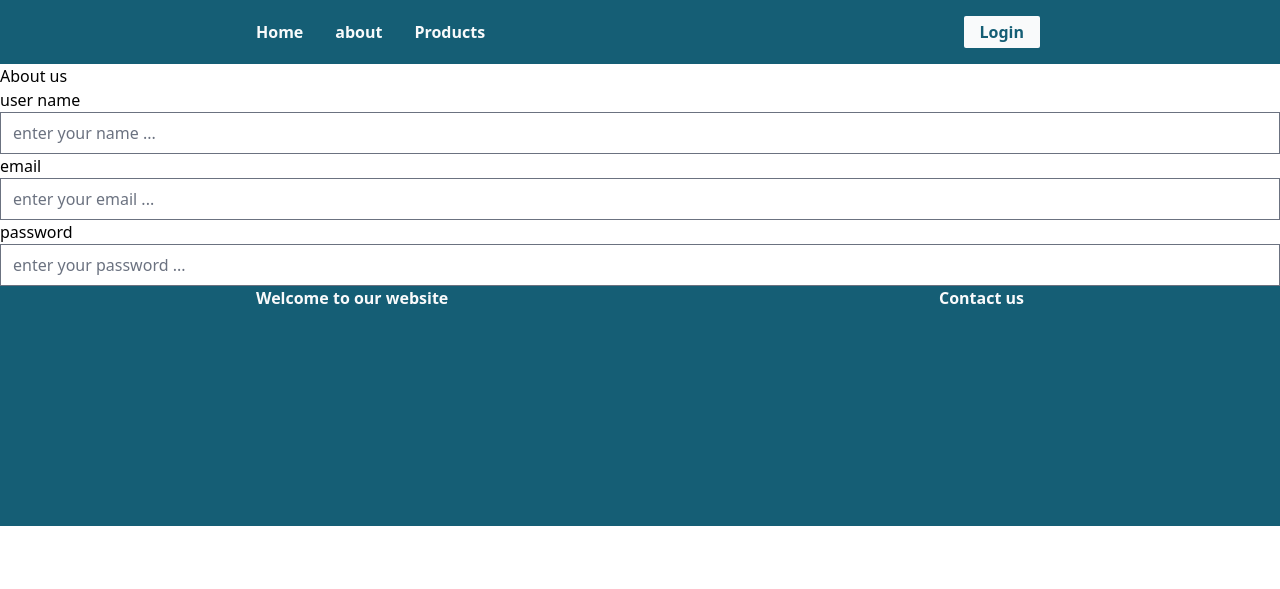
Repository: Sanaa00/svelte-test
Page: /About
The author's editor kept a copy of each file at every save. The page is drawn from the files as they stood at one save, then again after the next save.
The browser window is 1280 px wide. The pictures show the whole page.
The project was rebuilt for these pictures with package versions that can differ from the ones it lists, and the page was loaded fresh each time. The framework's server and built-in components were replaced by stand-ins that run in the browser. Also part of the build but not shown: svelte.config.js, vite.config.js.

Above is the page before, as saved 2024-12-10 19:36:10.

### src/routes/+layout.svelte
<script>
	import '../app.css';
	// let { children } = $props();

	import Footer from '../component/Footer.svelte';
	import Navbar from '../component/Navbar.svelte';
</script>

<!-- {@render children()} -->

<div class="h-fit w-full">
	<Navbar />
	<slot />
	<Footer />
</div>

### src/routes/About/+page.svelte
<script>
	function inputHandler(e) {
		console.log(e.events.value);
	}
</script>

<div>
	<p>About us</p>

	<form class="flex flex-col">
		<!-- svelte-ignore a11y_label_has_associated_control -->
		<label>user name</label>
		<input name="username" value="" placeholder="enter your name ..." />

		<label>email</label>
		<input name="email" value="" placeholder="enter your email ..." />

		<label>password</label>
		<input name="password" value="" placeholder="enter your password ..." />

		<!-- svelte-ignore a11y_consider_explicit_label -->
		<button on:click={inputHandler(e)}></button>
	</form>
</div>

### src/component/Footer.svelte
<script>
</script>

<main class="flex h-60 justify-between bg-cyan-800 px-60">
	<div class="px-4 font-semibold text-gray-50">Welcome to our website</div>

	<div class="px-4 font-semibold text-gray-50">Contact us</div>
</main>

### src/component/Navbar.svelte
<script>
</script>

<nav class="flex h-16 w-full items-center justify-between bg-cyan-800 px-60">
	<ul class="flex">
		<a href="/" class="px-4 font-semibold text-gray-50">Home</a>
		<a href="/About" class="px-4 font-semibold text-gray-50">about</a>
		<a href="/Product" class="px-4 font-semibold text-gray-50">Products</a>
	</ul>
	<button
		class="rounded-sm bg-gray-50 px-4 py-1 font-semibold text-cyan-800
           ">Login</button
	>
</nav>

### tailwind.config.js
import containerQueries from '@tailwindcss/container-queries';
import forms from '@tailwindcss/forms';
import typography from '@tailwindcss/typography';

/** @type {import('tailwindcss').Config} */
export default {
	content: ['./src/**/*.{html,js,svelte,ts}'],

	theme: {
		extend: {}
	},

	plugins: [typography, forms, containerQueries]
};

Loaded but not shown: src/app.html (common file); src/app.css (common file)

After the next save:
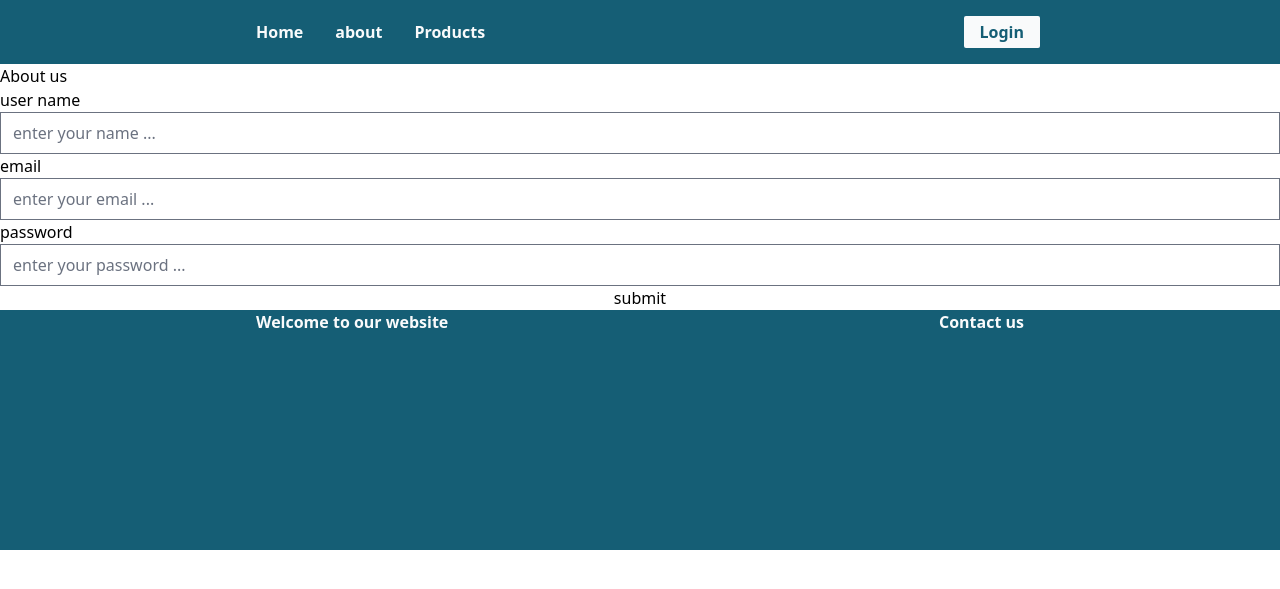
Saved 20 s later.
--- a/src/routes/About/+page.svelte
+++ b/src/routes/About/+page.svelte
@@ -19,6 +19,6 @@
 		<input name="password" value="" placeholder="enter your password ..." />
 
 		<!-- svelte-ignore a11y_consider_explicit_label -->
-		<button on:click={inputHandler(e)}></button>
+		<button on:click={inputHandler(e)}>submit</button>
 	</form>
 </div>
